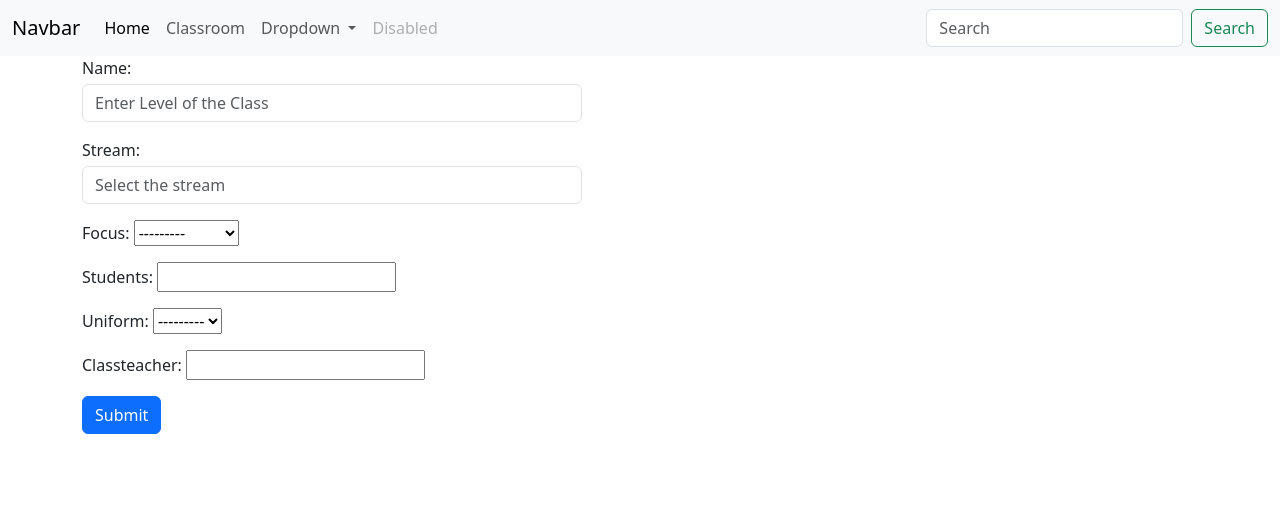
Repository: Mbote-Joseph/Django-Recap
Page: http://localhost/classroom/add
The author's editor kept a copy of each file at every save. The page is drawn from the files as they stood at one save, then again after the next save.
The browser window is 1280 px wide. The pictures show the whole page.
The page is served by the project's application, run on Django 5.2 (manage.py).

Above is the page before, as saved 2025-12-15 21:27:39.

After the next save:
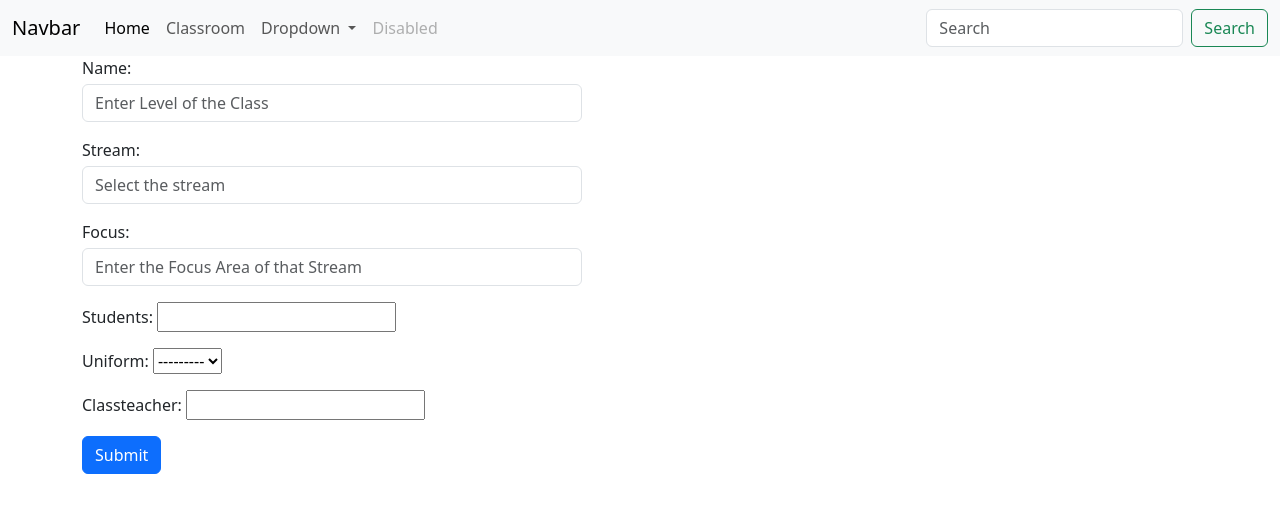
Saved 101 s later.
--- a/school/classroom/forms.py
+++ b/school/classroom/forms.py
@@ -21,5 +21,6 @@ class ClassroomForm(forms.ModelForm):
         fields = ('name', 'stream','focus','students', 'uniform', 'classteacher')
         widgets = {
             'name': forms.TextInput(attrs={"class": "form-control my-1", 'placeholder': 'Enter Level of the Class', 'style': 'max-width:500px'}),
-            'stream': forms.TextInput(attrs={"class": "form-control my-1", 'placeholder': 'Select the stream', 'style':'max-width:500px'})
+            'stream': forms.TextInput(attrs={"class": "form-control my-1", 'placeholder': 'Select the stream', 'style':'max-width:500px'}),
+            'focus': forms.TextInput(attrs={'class':'form-control my-1', 'placeholder':'Enter the Focus Area of that Stream', 'style':'max-width:500px'})
         }
